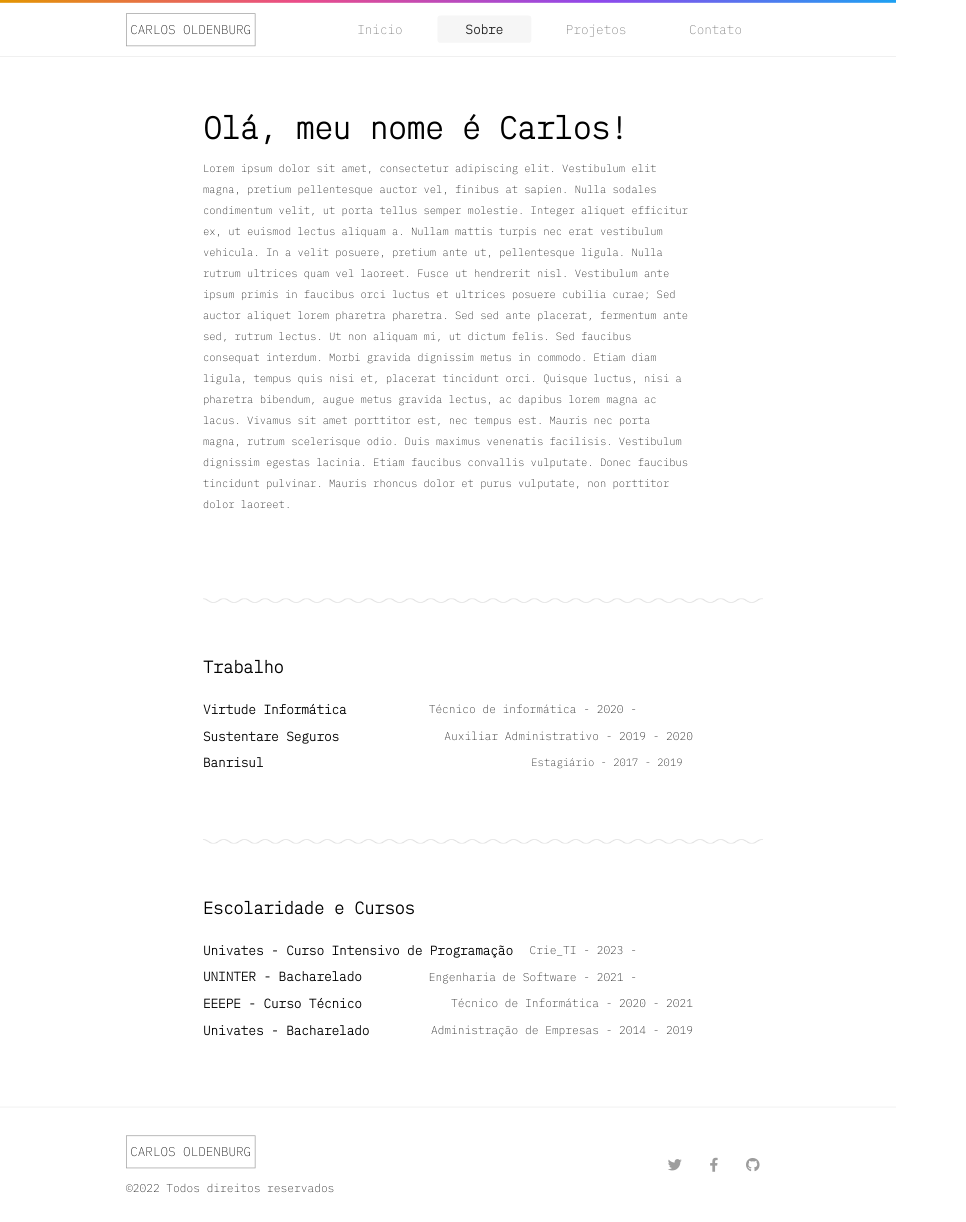
Repository: Carolden/PortfolioCrie
Page: sobre.html
An editor plug-in stored every save of this project. The page is shown before and after the next save, followed by the edit.
The browser window is 1280 px wide. The page is 1380 px wide, so the pictures cover 1380 px, including what lies to the right of the window. The pictures show the whole page, at 70% of full size.

Above is the page before, as saved 2023-05-25 21:04:43.

### sobre.html
<!DOCTYPE html>
<html lang="pt-BR">
<head>
    <meta charset="UTF-8">
    <meta http-equiv="X-UA-Compatible" content="IE=edge">
    <meta name="viewport" content="width=device-width, initial-scale=1.0">
    <title>Carlos Eduardo Oldenburg</title>

    <link rel="stylesheet" href="styles/base/reset.css">
    <link rel="stylesheet" href="styles/base/body.css">
    <link rel="stylesheet" href="styles/components/contact.css">
    <link rel="stylesheet" href="styles/layout/container.css">
    <link rel="stylesheet" href="styles/components/divisor.css">
    <link rel="stylesheet" href="styles/layout/footer.css">
    <link rel="stylesheet" href="styles/layout/header.css">
    <link rel="stylesheet" href="styles/layout/index__section.css">
    <link rel="stylesheet" href="styles/components/about__text.css">
    <link rel="stylesheet" href="styles/components/header__a.css">
    <link rel="stylesheet" href="styles/components/header__nav.css">
    <link rel="stylesheet" href="styles/components/hr.css">
    <link rel="stylesheet" href="styles/components/img__container.css">
    <link rel="stylesheet" href="styles/components/img__projeto.css">
    <link rel="stylesheet" href="styles/components/name__box.css">
    <link rel="stylesheet" href="styles/components/project__a.css">
    <link rel="stylesheet" href="styles/components/project__container.css">
    <link rel="stylesheet" href="styles/components/project__index.css">
    <link rel="stylesheet" href="styles/components/section__contact.css">
    <link rel="stylesheet" href="styles/components/section__image.css">
    <link rel="stylesheet" href="styles/components/section__p.css">
    <link rel="stylesheet" href="styles/components/section__title.css">
    <link rel="stylesheet" href="styles/components/work.css">
    <link rel="stylesheet" href="sobre.html">

    <link rel="preconnect" href="https://fonts.googleapis.com">
    <link rel="preconnect" href="https://fonts.gstatic.com" crossorigin>
    <link href="https://fonts.googleapis.com/css2?family=IBM+Plex+Mono:wght@200&family=Open+Sans:wght@800&display=swap" rel="stylesheet">
    <link rel="stylesheet" href="https://cdnjs.cloudflare.com/ajax/libs/font-awesome/6.4.0/css/all.min.css">

</head>
<body>

    <header class="header">

        <div class="name__container">
            <h2 class="name__box">CARLOS OLDENBURG</h2>
        </div>

        <nav class="header__nav">
            <a href="index.html" class="header__a">Inicio</a>
            <a href="sobre.html" class="header__a active"> Sobre</a>
            <a href="projetos.html" class="header__a">Projetos</a>
            <a href="contact.html" class="header__a">Contato</a>
        </nav>

    </header>

    <section>

        <div class="about__text">

        <h1 class="section__title section--align">Olá, meu nome é Carlos!</h1>
        <p class="section__p about--p">Lorem ipsum dolor sit amet, consectetur adipiscing elit. Vestibulum elit magna, pretium pellentesque auctor vel, finibus at sapien. Nulla sodales condimentum velit, ut porta tellus semper molestie. Integer aliquet efficitur ex, ut euismod lectus aliquam a. Nullam mattis turpis nec erat vestibulum vehicula.

            In a velit posuere, pretium ante ut, pellentesque ligula. Nulla rutrum ultrices quam vel laoreet. Fusce ut hendrerit nisl. Vestibulum ante ipsum primis in faucibus orci luctus et ultrices posuere cubilia curae; Sed auctor aliquet lorem pharetra pharetra. Sed sed ante placerat, fermentum ante sed, rutrum lectus. Ut non aliquam mi, ut dictum felis.

            Sed faucibus consequat interdum. Morbi gravida dignissim metus in commodo. Etiam diam ligula, tempus quis nisi et, placerat tincidunt orci. Quisque luctus, nisi a pharetra bibendum, augue metus gravida lectus, ac dapibus lorem magna ac lacus. Vivamus sit amet porttitor est, nec tempus est.

            Mauris nec porta magna, rutrum scelerisque odio. Duis maximus venenatis facilisis. Vestibulum dignissim egestas lacinia. Etiam faucibus convallis vulputate. Donec faucibus tincidunt pulvinar. Mauris rhoncus dolor et purus vulputate, non porttitor dolor laoreet.</p>

        </div>

    </section>

    <div class="div__divisor index--divisor">

        <img src="images/Divisor.png" alt="" class="img__divisor">

    </div>

    <section class="work">

        <h2 class="work__title">Trabalho</h2>

        <div class="work__container">
            <h3 class="work__subtitle">Virtude Informática</h3>
            <p>Técnico de informática   -   2020 -&emsp;&emsp;&emsp;&emsp;&emsp;</p>
        </div>

        <div class="work__container">
            <h3 class="work__subtitle">Sustentare Seguros</h3>
            <p>Auxiliar Administrativo   -   2019 - 2020</p>
        </div>

        <div class="work__container">
            <h3 class="work__subtitle">Banrisul</h3>
            <p class="work__p">Estagiário   -   2017 - 2019&emsp;</p>
        </div>

    </section>

    <div class="div__divisor index--divisor">

        <img src="images/Divisor.png" alt="" class="img__divisor">

    </div>

    <section class="work">

        <h2 class="work__title">Escolaridade e Cursos</h2>

        <div class="work__container">
            <h3 class="work__subtitle">Univates - Curso Intensivo de Programação</h3>
            <p>Crie_TI   -   2023 -&emsp;&emsp;&emsp;&emsp;&emsp;</p>
        </div>

        <div class="work__container">
            <h3 class="work__subtitle">UNINTER - Bacharelado</h3>
            <p>Engenharia de Software   -   2021 -&emsp;&emsp;&emsp;&emsp;&emsp;</p>
        </div>

        <div class="work__container">
            <h3 class="work__subtitle">EEEPE - Curso Técnico</h3>
            <p>Técnico de Informática   -   2020 - 2021</p>
        </div>

        <div class="work__container">
            <h3 class="work__subtitle">Univates - Bacharelado</h3>
            <p>Administração de Empresas   -   2014 - 2019</p>
        </div>

    </section>

    <footer class="footer">

        <div class="name__container footer__column">

            <h2 class="name__box name--footer">CARLOS OLDENBURG</h2>
            <p class="footer__p">©2022 Todos direitos reservados</p>

        </div>

        <div class="footer__column footer__icons">

            <i class="fa-brands fa-twitter contact__icon"></i>
            <i class="fa-brands fa-facebook-f contact__icon"></i>
            <i class="fa-brands fa-github contact__icon"></i>

        </div>

    </footer>

</body>
</html>

### styles/base/body.css
body {
    font-family: 'IBM Plex Mono', monospace;
    overflow-y: scroll;
}

### styles/components/contact.css
.contact {
    padding: 20px 0 20px 0;
    text-decoration: underline 3px #D9D9D9;
    line-height: 30px;
}

.contactrow {
    display: flex;
    justify-content: center;
    align-items: left;

}

.contactcolumn {
    width: 50%;
    display: flex;
    flex-direction: column;
    align-items: flex-start;
}

.input {
    width: 95%;
    height: calc(40px - 10px);
    margin: 0 0 40px 0;
    padding: 10px 0 10px 10px;
    border: 1px solid #EAEAEA;
    border-radius: 4px;
}

.input::placeholder {
    font-weight: 400;
    font-size: 15px;
    color: #9D9D9D;
}

.label {
    padding: 0 0 20px 0;
    font-size: 15px;
    font-weight: 400;
    line-height: 20px;
}

### styles/layout/container.css
.container {
    padding: 0 290px 0 290px;
}

### styles/components/divisor.css
.img__divisor {
    padding: 0 290px 0 290px;
    color: #EAEAEA;
    width: 100%;

}

.div__divisor {
    display: flex;
}

.index--divisor {
    margin: 80px 0 80px 0;
}

### styles/layout/footer.css
.footer {
    display: flex;
    box-sizing: border-box;
    align-items: center;
    border-top: 1px solid #EAEAEA;
    margin-top: 80px;
    align-items: center;
}

.name--footer {
    margin: 40px 0px 20px 180px;
}

footer p {
    margin: 0 0 40px 180px;
}

.footer__column {
    width: 50%;
}

.footer__icons {
    text-align: right;
    margin-right: 180px;
}

### styles/layout/header.css
.header {
    display: flex;
    justify-content: space-between;
    height: 80px;
    width: 100%;
    left: 0px;
    top: 4px;
    border-radius: 0px;
    box-sizing: border-box;
    align-items: center;
    border-top: 4px;
    border-image: linear-gradient(to right, #E39600, #EA4C89, #8F48EB, #1DA1F2) 1;
    border-style: solid;
}

### styles/layout/index__section.css
.index__section {
    display: flex;
    flex-direction: column;
    align-items: center;
    border-top: 1px solid #EAEAEA;
    padding: 80px 0 50px 0;
}

### styles/components/about__text.css
.about__text {
    /* display: flex; */
    padding: 80px 290px 0 290px;
    align-items: left;
    flex-direction: column;
    border-top: 1px solid #EAEAEA;
}

### styles/components/header__a.css
.header__a {
    padding: 40px;
    text-decoration: none;
    color: #6C6C6C;
    font-size: 18px;
}

.active {
    color: #242424;
    font-weight: 600;
    background: #F6F6F6;
    border-radius: 4px;
    padding-top: 8px;
    padding-bottom: 8px;
}

### styles/components/header__nav.css
.header__nav {
    margin-right: 180px;
}

### styles/components/hr.css
.hr {
    padding: 0 290px 0 290px;
    color: #EAEAEA;
    width: 100%;

}

### styles/components/img__container.css
.img__container {
    display: flex;
    justify-content: center;
    align-items: center;
}

### styles/components/img__projeto.css
.img__projeto {
    width: 1000px;
    height: 500px;
    align-items: center;
    margin-bottom: 40px;
}

.img--cover {
    object-fit: cover;
}

### styles/components/name__box.css
.name__box {
    border: 1px solid #9D9D9D;
    padding: 5px;
    display: inline-flex;
    margin-left: 180px;
    font-size: 18px;
    height: 35px;
    justify-content: center;
    align-items: center;
}

### styles/components/project__a.css
.project__a {
    text-decoration: none;
    color: inherit;
}

### styles/components/project__container.css
.project__container {
    display: flex;
    flex-direction: column;
    padding-bottom: 80px;
}

.project__container:last-child {
    padding-bottom: 40px;
}

### styles/components/project__index.css
.project__h2 {
    padding-bottom: 80px;
    font-size: 24px;
    font-weight: 600;
}

.project__index {
    border: 1px solid #EAEAEA;
    margin: 0 290px 20px 290px;
    display: flex;
    background-color: #FAFAFA;
}

.project__icon {
    font-size: 80px;
    padding: 40px 20px 40px 40px;
    color: #E39600;
}

.project__h3 {
    font-size: 18px;
    font-weight: 600;
    padding: 40px 0 20px 20px;
    line-height: 30px;
}

.project__p {
    padding: 0 40px 40px 20px;
    line-height: 30px;
}

.icon--color--pink {
    color: #EA4C89;
}

### styles/components/section__contact.css
.section__contact {
    display: flex;
    margin: 0 280px 0 280px;
    align-items: center;
}

.contact__icon {
    padding: 15px;
    font-size: 20px;
    color: #9D9D9D;
}

.contact__button {
    text-decoration: none;
    padding-left: 15px;
    color: #363636;
    font-weight: 600;
    font-size: 15px;
    border: 1px solid #EAEAEA;
    border-radius: 20px;
    background: #FAFAFA;
    padding: 10px 15px;
    margin-left: 15px;
}

### styles/components/section__image.css
.section__image {
    width: 800px;
    height: 800px;
    padding: 40px 0 55px 0;

}

### styles/components/section__p.css
.section__p {
    font-size: 15px;
    font-weight: 400;
    line-height: 30px;
    letter-spacing: 0em;
    text-align: left;
    margin: 0 280px 0 280px;
    line-height: 30px;
}

.about--p {
    margin: 0;
    padding-bottom: 40px;
}

### styles/components/section__title.css
.section__title {
    font-size: 44px;
    font-weight: 600;
}

.section--align {
    text-align: left;
    padding-bottom: 20px;
}

### styles/components/work.css
.work__title {
    font-size: 24px;
    font-weight: 600;
    padding-bottom: 40px;
}

.work__container {
    display: flex;
    justify-content: space-between;
    padding-bottom: 20px;
}

.work {
    margin-left: 290px;
    margin-right: 290px;
}

.work__subtitle {
    font-size: 18px;
    font-weight: 600;
}

.work__p {
    font-size: 15px;
    font-weight: 400;
}

Loaded but not shown: styles/base/reset.css (common file)

After the next save:
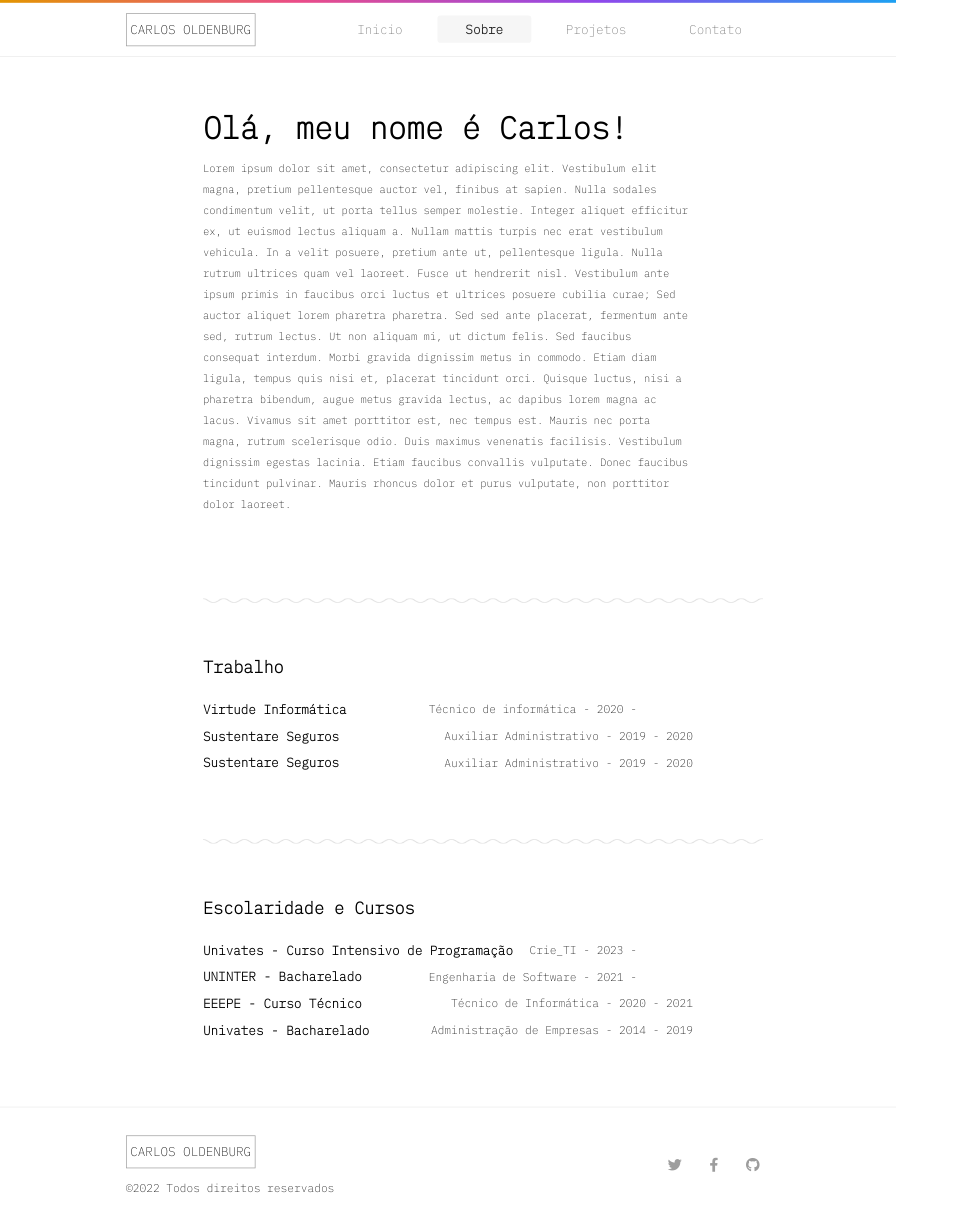
Saved 18 s later.
--- a/sobre.html
+++ b/sobre.html
@@ -92,8 +92,8 @@
         </div>
 
         <div class="work__container">
-            <h3 class="work__subtitle">Banrisul</h3>
-            <p class="work__p">Estagiário   -   2017 - 2019&emsp;</p>
+            <h3 class="work__subtitle">Sustentare Seguros</h3>
+            <p>Auxiliar Administrativo   -   2019 - 2020</p>
         </div>
 
     </section>
